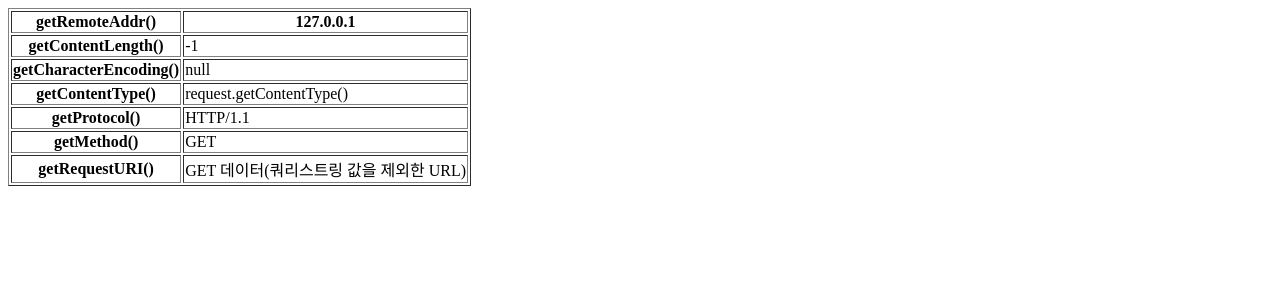
Repository: psg1415/jsp
Page: http://localhost/JSPBook/ch05/request04.jsp
These files come from the project's save history. The page is drawn as it stood at one moment and after the next save; the edit follows.
The browser window is 1280 px wide. The pictures show the whole page.
The page is served by Tomcat 9. Nobody is signed in. The application's start-up code is not run.

Above is the page before, as saved 2021-09-29 07:01:56.

After the next save:
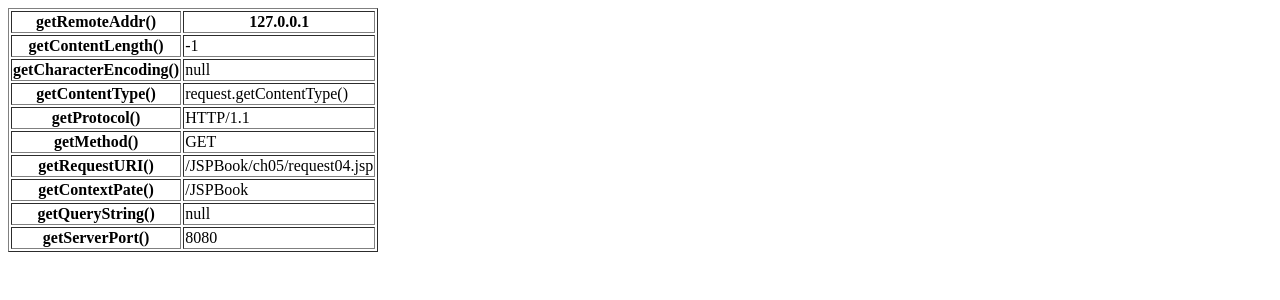
Saved 4 min 59 s later.
--- a/JSPBook/src/main/webapp/ch05/request04.jsp
+++ b/JSPBook/src/main/webapp/ch05/request04.jsp
@@ -28,8 +28,18 @@
 	</tr>
 	<tr>
 		<th>getRequestURI()</th>
-		<td>
-			GET 데이터(쿼리스트링 값을 제외한 URL)
-		</td>
+		<td><%=request.getRequestURI() %></td>
+	</tr>
+	<tr>
+		<th>getContextPate()</th>
+		<td><%=request.getContextPath() %></td>
+	</tr>
+	<tr>
+		<th>getQueryString()</th>
+		<td><%=request.getQueryString() %></td>
+	</tr>
+	<tr>
+		<th>getServerPort()</th>
+		<td><%=request.getServerPort() %></td>
 	</tr>
 </table>
